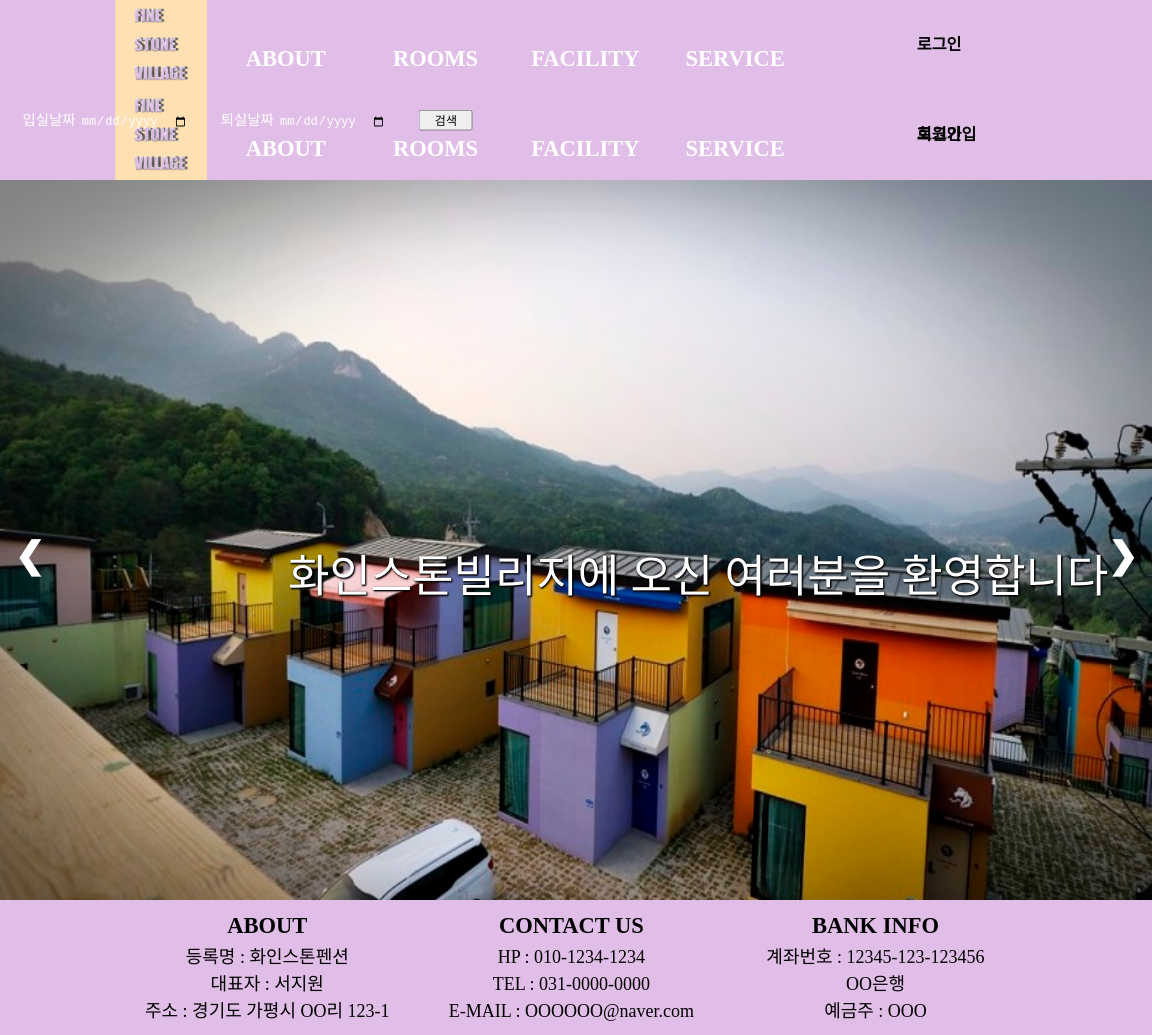
Repository: yoonjaesub/-pensionProject
Page: http://localhost/pension_project/index
The author's editor kept a copy of each file at every save. The page is drawn from the files as they stood at one save, then again after the next save.
The browser window is 1280 px wide. The pictures show the whole page, at 90% of full size.
The page is served by Tomcat 9.

Above is the page before, as saved 2021-01-13 13:45:56.

After the next save:
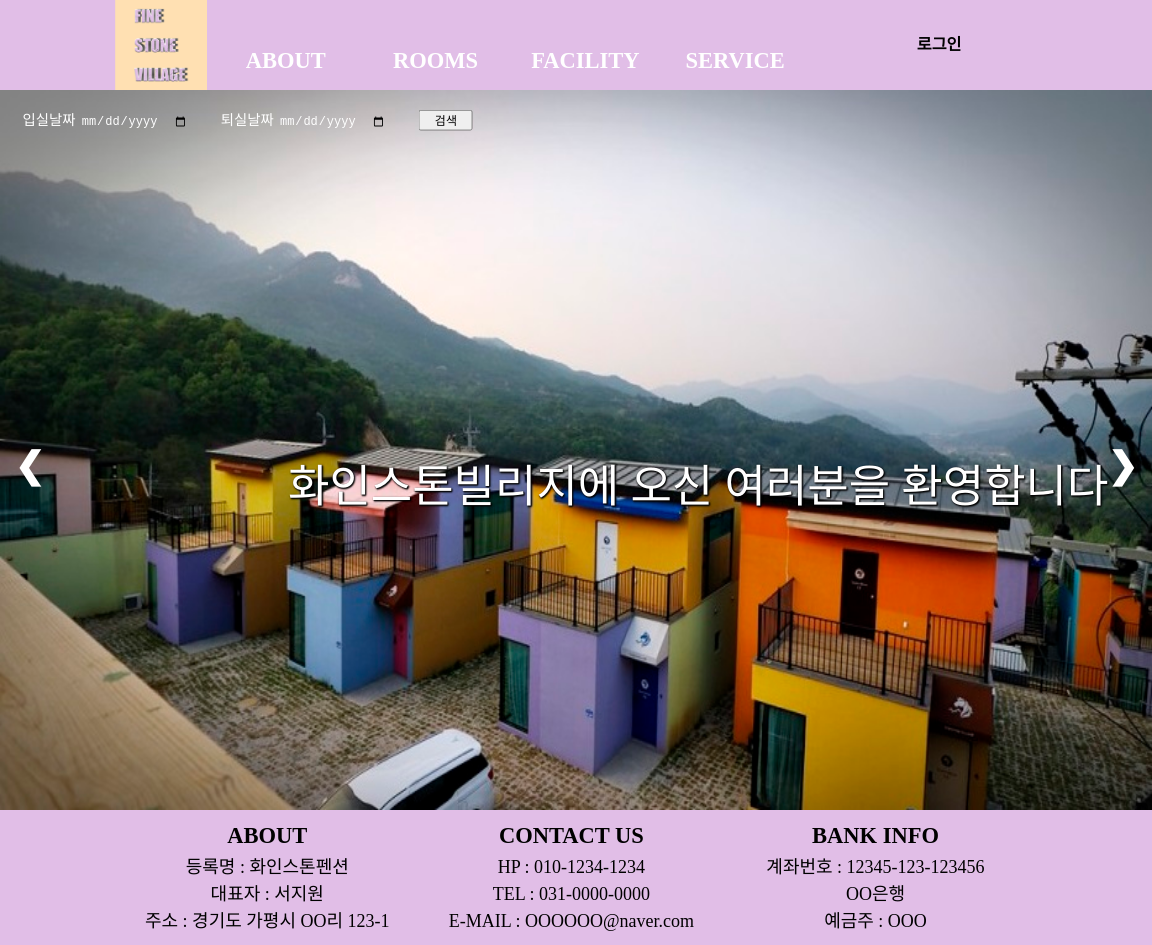
Saved 2 min 6 s later.
--- a/Project_content/pension_project/src/main/webapp/WEB-INF/views/index.jsp
+++ b/Project_content/pension_project/src/main/webapp/WEB-INF/views/index.jsp
@@ -1,6 +1,5 @@
 <%@ page language="java" contentType="text/html; charset=UTF-8"
     pageEncoding="UTF-8"%>
-<%@ include file="header.jsp"%>
 <!DOCTYPE html>
 <html>
 <head>
